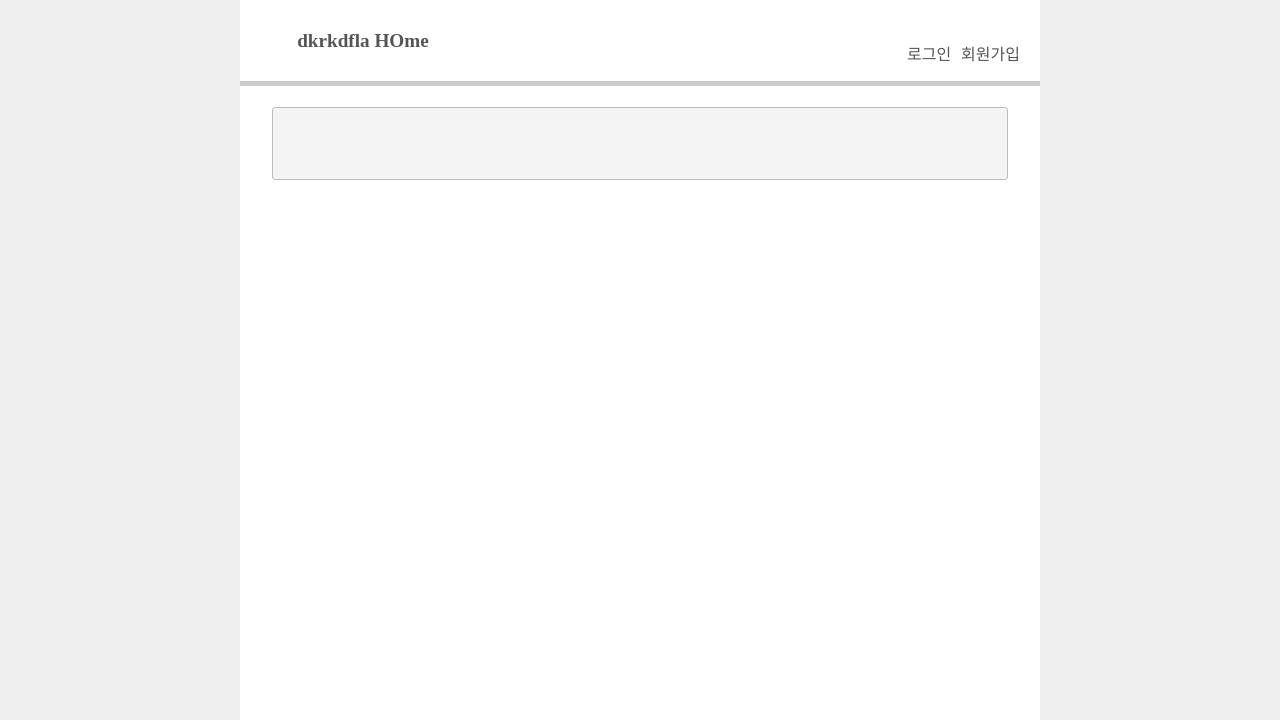
Repository: Dusajang/JSPClass
Page: http://localhost/jspPro/days01/ex03_02.jsp
An editor plug-in stored every save of this project. The page is shown before and after the next save, followed by the edit.
The browser window is 1280 px wide. The pictures show the whole page.
Some web fonts or font styles are not loaded; a fallback is used. The page is served by Tomcat 9. Other server files are loaded and not shown.

Above is the page before, as saved 2024-10-15 05:55:05.

### jspPro/src/main/webapp/days01/ex03_02.jsp
<%@ page contentType="text/html; charset=UTF-8" pageEncoding="UTF-8"%>
<!DOCTYPE html>
<html>
<head>
<meta charset="UTF-8">
<title>Insert title here</title>
<link rel="shortcut icon" type="image/x-icon" href="http://localhost/jspPro/images/SiSt.ico">
<script src="https://ajax.googleapis.com/ajax/libs/jquery/3.7.1/jquery.min.js"></script>
<meta name="viewport" content="width=device-width, initial-scale=1.0">
<meta name="google" content="notranslate">
<link rel="stylesheet" href="http://localhost/jspPro/resources/cdn-main/example.css">
<script src="http://localhost/jspPro/resources/cdn-main/example.js"></script>
<style>
 span.material-symbols-outlined{
    vertical-align: text-bottom;
 }
</style>
</head>
<body>
<header>
  <h1 class="main"><a href="#" style="position: absolute;top:30px;">dkrkdfla HOme</a></h1>
  <ul>
    <li><a href="#">로그인</a></li>
    <li><a href="#">회원가입</a></li>
  </ul>
</header>
<div>
  <xmp class="code">

  </xmp>
</div>
</body>
</html>

### jspPro/src/main/webapp/resources/cdn-main/example.css
@charset "UTF-8";

@import url('https://fonts.googleapis.com/css2?family=Material+Symbols+Outlined:opsz,wght,FILL,GRAD@20..48,100..700,0..1,-50..200');

@font-face {
    font-family: 'GmarketSansMedium';
    src: url('https://cdn.jsdelivr.net/gh/projectnoonnu/noonfonts_2001@1.1/GmarketSansMedium.woff') format('woff');
    font-weight: normal;
    font-style: normal;
}

:root {
	--text-color: #555;
	--sub-text-color: #777;
	--back-color: #EFEFEF;
	--header-color: #444;
	--primary-color: #DEDEDE;
	--secondary-color: #EFEFEF;
	--default-width: 800px;
	--narrow-width: 500px;
	--wide-width: 1200px;
	--text-font: 'GmarketSansMedium';
	--icon-font: 'Material Symbols Outlined';
	--border-color: #CCC;
}

html, body {
	margin: 0;
	padding: 0;
}

html {
	background-color: var(--back-color);
	display: flex;
	justify-content: center;
	min-height: 100vh;
}

body, body.default {
	width: var(--default-width);
	background-color: white;
	padding-bottom: 120px;
}

body.wide {
	width: var(--wide-width);
}

body.narrow {
	width: var(--narrow-width);
}



body, p, div, span, a, input, select, option, textarea, button, table, th, td, label, fieldset, legend {
	font-family: var(--text-font);
	color: var(--text-color);
}

h1, h2, h3 {
	font-family: var(--text-font);
	color: var(--header-color);
	padding: 0 1rem;
	padding-top: .5rem;
}

div > h1, div > h2, div > h3 {
	padding: 0;
}

body > div, body > main > div {
	padding: 0.3rem 1rem;
}


h1 { font-size: 2rem; border-bottom: 1px solid var(--border-color); }
h1 small { font-size: 1.2rem; color: var(--sub-text-color); }
h2 { font-size: 1.5rem; border-bottom: 1px dashed var(--border-color); }
h2 small { font-size: 1.1rem; color: --sub-text-color; }
h3 { font-size: 1.2rem; }
h3 small { font-size: 1rem; color: --sub-text-color; }



h1.main::before {
	font-family: var(--icon-font);
  	content: '\e666';
  	margin-right: 10px;
  	float: left;
	font-size: 2.5rem;
}

h1.sub::before {
	font-family: var(--icon-font);
  	content: '\ea19';
  	margin-right: 10px;
  	float: left;
	font-size: 2.5rem;
}


h1.page::before {
	font-family: var(--icon-font);
  	content: '\e0e0';
  	margin-right: 10px;
  	float: left;
	font-size: 2.5rem;
}

body > header > ul > li > .active{
	background-color: #FFF;
	color:#F00;
}

body > header {
	display: flex;
	justify-content: space-between;
	border-bottom: 5px solid var(--border-color);
	min-height: 74px;
	background-color: #FFF;
}

body > header.sticky {
	position: sticky;
	top: 0;
	z-index: 98;
}

body > header > h1 {
	font-size: 1.2rem;
	border: 0;
}

body > header.in > h1::before {
	font-family: var(--icon-font);
  	content: '\e332‥';
  	margin-right: 3px;
  	float: left;
	font-size: 2rem;
}


body > header > ul {
	list-style-type: none;
	display: flex;
	align-items: flex-end;
	margin-right: 10px;
}

body > header > ul > li {
	margin-right: 10px;
	cursor: pointer;
}

body > header > ul > li > a {
	cursor: pointer;
}


form {
	display: block;
}

form > div {
	padding: 0.3rem 1rem;
}

div > form > div {
	padding: 0.3rem 0;
}

input, textarea, button, select {
	border: 1px solid #BBB;
	border-radius: 3px;
	outline: none;
	resize: none;
	padding: 7px;
	margin: 0;
}

input[type=text]:read-only, textarea:read-only {
	cursor: not-allowed;
	background-color: #FFF;
}

input[type=text]:disabled, textarea:disabled {
	cursor: not-allowed;
	background-color: #EEE;
}

input[type=text], input[type=password], textarea, button, select {
	/* width: 300px; */
}

textarea {
	display: block;
	height: 100px;
}

input[type=button], input[type=submit], button {
	/* width: inherit; */
}

input.short, textarea.short, button.short, select.short {
	width: 100px;
}

input.long, textarea.long, button.long, select.long {
	width: 350px;
}

.narrow input.long, .narrow textarea.long, .narrow button.long, .narrow select.long {
	width: calc(100% - 20px);
}

input.full, textarea.full, button.full, select.full {
	width: calc(100% - 20px);
}

textarea.short {
	height: 50px;
}

textarea.long {
	height: 100px;
}

textarea.full {
	height: 200px;
}

input, textarea {
	padding-top: 8px;
}

input[type=button], input[type=submit], button {
	padding: 5px 10px;
	background-color: var(--secondary-color);
	cursor: pointer;
	min-height: 36px;
}

input[type=button].primary, input[type=submit].primary, button.primary {
	/* background-color: rgba(100, 149, 237, .2); */
	background-color: var(--primary-color);
}

input[type=button].primary:hover, input[type=submit].primary:hover, button.primary:hover {
	/* background-color: rgba(100, 149, 237, .3); */
	background-color: var(--secondary-color);
}

input[type=button]:hover, input[type=submit]:hover, button:hover {
	background-color: var(--primary-color);
}

button {
	position: relative;
	left: 0;
	top: 0;
	padding-left: 35px;
}

button .material-symbols-outlined {
	position: absolute;
	left: 10px;
	top: 4px;
}

/* k2nik add */
button.login::before {
	font-family: var(--icon-font);
  	content: '\ea77';
	position: absolute;
	left: 11px;
	top: 4px;
	font-size: 1.25rem;
}

/* k2nik logout */
button.logout::before {
	font-family: var(--icon-font);
  	content: '\e9ba';
	position: absolute;
	left: 11px;
	top: 4px;
	font-size: 1.25rem;
}

/* k2nik help */
button.help::before {
	font-family: var(--icon-font);
  	content: '\f1c0';
	position: absolute;
	left: 11px;
	top: 4px;
	font-size: 1.25rem;
}

button.add::before{
	font-family: var(--icon-font);
  	content: '\e746';
	position: absolute;
	left: 11px;
	top: 4px;
	font-size: 1.25rem;
}

button.back::before {
	font-family: var(--icon-font);
  	content: '\e166';
	position: absolute;
	left: 11px;
	top: 4px;
	font-size: 1.25rem;
}

button.list::before {
	font-family: var(--icon-font);
  	content: '\e0ee';
	position: absolute;
	left: 11px;
	top: 4px;
	font-size: 1.25rem;
}


button.del::before {
	font-family: var(--icon-font);
  	content: '\e872';
	position: absolute;
	left: 11px;
	top: 4px;
	font-size: 1.25rem;
}


button.edit::before {
	font-family: var(--icon-font);
  	content: '\e745';
	position: absolute;
	left: 11px;
	top: 4px;
	font-size: 1.25rem;
}


button.login::before {
	font-family: var(--icon-font);
  	content: '\ea77';
	position: absolute;
	left: 11px;
	top: 4px;
	font-size: 1.25rem;
}


button.logout::before {
	font-family: var(--icon-font);
  	content: '\e9ba';
	position: absolute;
	left: 11px;
	top: 4px;
	font-size: 1.25rem;
}


button.in::before {
	font-family: var(--icon-font);
  	content: '\f71a';
	position: absolute;
	left: 11px;
	top: 4px;
	font-size: 1.25rem;
}


button.out::before {
	font-family: var(--icon-font);
  	content: '\f70e';
	position: absolute;
	left: 11px;
	top: 4px;
	font-size: 1.25rem;
}


button.reply::before {
	font-family: var(--icon-font);
  	content: '\e15e';
	position: absolute;
	left: 11px;
	top: 4px;
	font-size: 1.25rem;
}


button.comment::before {
	font-family: var(--icon-font);
  	content: '\e0b9';
	position: absolute;
	left: 11px;
	top: 4px;
	font-size: 1.25rem;
}


button.modal::before {
	font-family: var(--icon-font);
  	content: '\e89e';
	position: absolute;
	left: 11px;
	top: 4px;
	font-size: 1.25rem;
}


button.ok::before {
	font-family: var(--icon-font);
  	content: '\e86c';
	position: absolute;
	left: 11px;
	top: 4px;
	font-size: 1.25rem;
}


button.cancel::before {
	font-family: var(--icon-font);
  	content: '\e5c9';
	position: absolute;
	left: 11px;
	top: 4px;
	font-size: 1.25rem;
}

button.search::before {
	font-family: var(--icon-font);
  	content: '\e8b6';
	position: absolute;
	left: 11px;
	top: 4px;
	font-size: 1.25rem;
}

button.home::before {
	font-family: var(--icon-font);
  	content: '\e88a';
	position: absolute;
	left: 11px;
	top: 4px;
	font-size: 1.25rem;
}


button.sidebar::before {
	font-family: var(--icon-font);
  	content: '\f7e4';
	position: absolute;
	left: 11px;
	top: 4px;
	font-size: 1.25rem;
}


button.sidebar-right::before {
	font-family: var(--icon-font);
  	content: '\f7e5';
	position: absolute;
	left: 11px;
	top: 4px;
	font-size: 1.25rem;
}




button::before {
	font-family: var(--icon-font);
  	content: '\e323';
	position: absolute;
	left: 11px;
	top: 4px;
	font-size: 1.25rem;
}


table {
	border-collapse: collapse;
	margin: 1rem;
	box-sizing: border-box;
	width: calc(100% - 32px);
}

table.content {
	width: auto;
}

div > table {
	margin: 0;
}

table th, table td {
	border: 1px solid var(--border-color);
	padding: 7px;
	font-weight: normal;
}

table th {
	background-color: var(--back-color);
}

table.vertical th {
	width: 150px;
}

table.vertical td {
	width: calc(100% - 182px);
	padding-left: 10px;
}

table.content td, table.content th {
	width: auto;
}

body.narrow table.vertical th {
	width: 100px;
}

body.narrow table.vertical td {
	width: calc(100% - 182px);
}


table + table {
	margin-top: 30px;
}


p {
	padding: 0 1rem;
}

a {
	text-decoration: none;
}

a:hover {
	color: rgba(255, 99, 71, .7);
}

hr {
	border: 0;
	border-top: 1px solid var(--border-color);
	margin: 2rem 0;
}

.message {
	border: 1px solid var(--border-color);
	background-color: #EFEFEF;
	margin: 1rem;
	width: auto;
	padding-top: 10px;
	padding-bottom: 10px;
	font-size: 14px;
}

.message[title]::before {
	content: attr(title);
	display: block;
	border-bottom: 1px solid var(--border-color);
	padding-bottom: 5px;
	margin-bottom: 10px;
	margin-top: 7px;
}

.message.short {
	max-width: 250px;
}

.message.long {
	max-width: 500px;
}

.badge {
	float: right;
	font-size: .8rem;
	margin-top: 2px;
	margin-right: 2px;
	text-shadow: 0 0 7px gray;
}

.badge.left {
	float: none;
	margin-left: 2px;
}

.badge.right {
	float: right;
}

.badge.red {
	border-radius: 50%;
	padding: 2px 5px;
	background-color: rgb(255, 99, 71, .3);
}

.badge.yellow {

	border-radius: 50%;
	padding: 2px 5px;
	background-color: rgb(255, 215, 0, .5);
}

.badge.blue {
	border-radius: 50%;
	padding: 2px 5px;
	background-color: rgb(100, 149, 237, .3);
}

label + label {
	margin-left: 7px;
}

label input[type=checkbox], label input[type=radio] {
	transform: translate(0, 1px);
}

.group {
	display: flex;
}

.modal-content .group {
	margin-bottom: .5rem;
}

.group label {
	border: 1px solid #BBB;
	border-radius: 3px;
	outline: none;
	resize: none;
	padding: 7px 14px;
	margin: 0;
	border-top-right-radius: 0;
	border-bottom-right-radius: 0;
	background-color: #EFEFEF;
	white-space: nowrap;
	font-size: 14px;
}

.group input[type=text] {
	margin-left: -1px;
	border-top-left-radius: 0;
	border-bottom-left-radius: 0;
}

.group select {
	margin-left: -1px;
	border-top-left-radius: 0;
	border-bottom-left-radius: 0;
}

.group input.full[type=text] {
	margin-left: -1px;
	border-top-left-radius: 0;
	border-bottom-left-radius: 0;
	width: 100%;
}

.group input[type=button]:first-child, .group button:first-child {
	border-top-left-radius: 3px;
	border-bottom-left-radius: 3px;
	margin-left: 0px;
}

.group input[type=button], .group button {
	border-radius: 0;
	margin-left: -1px;
}

.group input[type=button]:last-child, .group button:last-child {
	margin-left: -1px;
	border-top-right-radius: 3px;
	border-bottom-right-radius: 3px;
}

.seperate {
	display: flex;
	justify-content: space-between;
}

div.list {
	width: max-content;
	margin: 1rem;
	border: 1px solid #BBB;
	border-radius: 3px;
	padding: 0;
}

div.list.full {
	width: auto;
	display: block;
	margin: 1rem;
	border: 1px solid #BBB;
	border-radius: 3px;
	padding: 0;
}

div.list > div {
	padding: .5rem 1rem;
	margin: 0;
	border-bottom: 1px solid #BBB;
}

div.list > div:last-child {
	border-bottom: 0;
}

pre.code , xmp.code{
	font-family: consols;
	background-color: rgba(150, 150, 150, .1);
	border: 1px solid #BBB;
	border-radius: 3px;
	padding: .5rem 1rem;
	padding-bottom: .6rem;
	margin: 1rem;
}




*[data-modal-window] {
	position: fixed;
	background-color: rgba(0, 0, 0, .3);
	left: 0;
	top: 0;
	display: none;
	justify-content: center;
	align-items: flex-start;
	width: 100%;
	min-height: 100vh;
	z-index: 100;
	opacity: 0;
	transition: 500ms all;
}

*[data-modal-window] .modal-container {
	border-radius: 5px;
	padding: 1rem;
	padding-bottom: .5rem;
	margin-top: -500px;
	opacity: 0;
	width: 500px;
	background-color: #FFF;
	margin-right: 2rem;
	transition: 500ms all;
}

*[data-modal-size=content] .modal-container {
	width: auto;
}

*[data-modal-size=narrow] .modal-container {
	width: 300px;
}

*[data-modal-size=wide] .modal-container {
	width: 760px;
}


*[data-modal-window] .modal-header {
	border-bottom: 1px solid var(--border-color);
	padding: 2px 5px;
}

*[data-modal-window] .modal-content {
	padding: 1rem 5px;
}

*[data-modal-window] .modal-content div:last-child {
	margin-top: 1rem;
	text-align: right;
}



*[data-sidebar-window] {
	position: fixed;
	background-color: #FFF;
	left: 0;
	top: 0;
	display: block;
	width: 300px;
	border-right: 1px solid var(--border-color);
	box-sizing: border-box;
	box-shadow: 0 0 3px var(--back-color);
	min-height: 100vh;
	z-index: 99;
	transform: translate(-300px, 0);
	transition-duration: 500ms;
	transition-property: transform;
}

*[data-sidebar-direction=right] {
	left: auto;
	right: 0;
	transform: translate(300px, 0);
	border-left: 1px solid var(--border-color);
}

*[data-sidebar-size=wide] {
	width: 500px;
	transform: translate(-500px, 0);
}

*[data-sidebar-window] .sidebar-title {
	border-bottom: 1px solid var(--border-color);
	margin-top: 20px;
	margin-bottom: 20px;
	padding-bottom: 5px;
	display: flex;
	justify-content: space-between;
}

*[data-sidebar-window] .sidebar-title span:last-child {
	cursor: pointer;
}


/* K2Nik pagination */
.center {
  text-align: center;
}

.pagination {
  display: inline-block;
}

.pagination a {
  color: black;
  float: left;
  padding: 3px 6px;
  text-decoration: none;
  transition: background-color .3s;
  border: 1px solid #ddd;
  margin: 0 3px;
}

.pagination a.active {
  background-color: #4CAF50;
  color: white;
  border: 1px solid #4CAF50;
}

.pagination a:hover:not(.active) {background-color: #ddd;}

### jspPro/src/main/webapp/resources/cdn-main/example.js

window.onload = () => {

    const list = document.querySelectorAll('input, textarea');

    list.forEach(item => {
        item.setAttribute('autocomplete', 'off');
    });


    const modal_btn_list = document.querySelectorAll('*[data-modal-button]');

    modal_btn_list.forEach(item => {
        item.onclick = function() {

            const name = this.dataset['modalButton'];
            const modal_window = document.querySelector('*[data-modal-window=' + name);

            const container = document.createElement('div');
            container.className = 'modal-container';



            const modal_header = document.createElement('div');
            modal_header.textContent = modal_window.dataset['modalTitle'];
            modal_header.className = 'modal-header';
            container.appendChild(modal_header);

            const modal_content = document.createElement('div');
            modal_content.className = 'modal-content';
            container.appendChild(modal_content);

            Array.from(modal_window.childNodes).forEach(item => {
                modal_content.appendChild(item);
            });

            modal_window.appendChild(container);

            modal_window.style.display = 'flex';

            setTimeout(() => {
                modal_window.style.opacity = 1;
                container.style.marginTop = '20px';
                container.style.opacity = 1;
            }, 50);


            const modal_ok = document.querySelector('*[data-modal-ok=' + name);
            modal_ok.addEventListener('click', function() {
                modal_window.style.opacity = 0;
                container.style.marginTop = '-500px';
                container.style.opacity = 0;

                setTimeout(() => {
                    modal_window.innerHTML = modal_content.innerHTML;
                    modal_window.style.display = 'none';
                }, 500);

            });

            const modal_cancel = document.querySelector('*[data-modal-cancel=' + name);
            modal_cancel.addEventListener('click', function() {

                modal_window.style.opacity = 0;
                container.style.marginTop = '-500px';
                container.style.opacity = 0;

                setTimeout(() => {
                    modal_window.innerHTML = modal_content.innerHTML;
                    modal_window.style.display = 'none';
                }, 500);
            });


        };
    });


    const sidebar_btn_list = document.querySelectorAll('*[data-sidebar-button]');

    sidebar_btn_list.forEach(item => {
        item.onclick = function() {



            const name = this.dataset['sidebarButton'];
            const sidebar_window = document.querySelector('*[data-sidebar-window=' + name);

            if (sidebar_window.style.transform == 'translate(0px, 0px)') return;



            sidebar_window.style.transform = 'translate(0, 0)';

            const sidebar_title = document.createElement('div');
            sidebar_title.className = 'sidebar-title';
            sidebar_title.innerHTML = '<span>' + sidebar_window.dataset['sidebarTitle'] + '</span><span class="material-symbols-outlined">close</span>';

            sidebar_title.children[1].onclick = function() {

                let sign = 1;
                let distance = 300;

                if (sidebar_window.dataset['sidebarDirection'] != 'right') {
                    sign = -1;
                } else {
                    sign = 1;
                }

                if (sidebar_window.dataset['sidebarSize'] != 'wide') {
                    distance = 300;
                } else {
                    distance = 500;
                }

                distance *= sign;

                sidebar_window.style.transform = 'translate(' + distance + 'px, 0)';

                setTimeout(function() {
                    sidebar_window.removeChild(sidebar_window.children[0]);
                }, 500);
            };


            sidebar_window.prepend(sidebar_title);

        }
    });

};

// window.onkeydown = function(event) {

//     if (event.keyCode == 27) {
//         if (document.querySelector('[data-modal-window').style.display == 'flex') {
//             document.querySelector('[data-modal-window').style.display = 'none';
//         }
//     }

// };

After the next save:
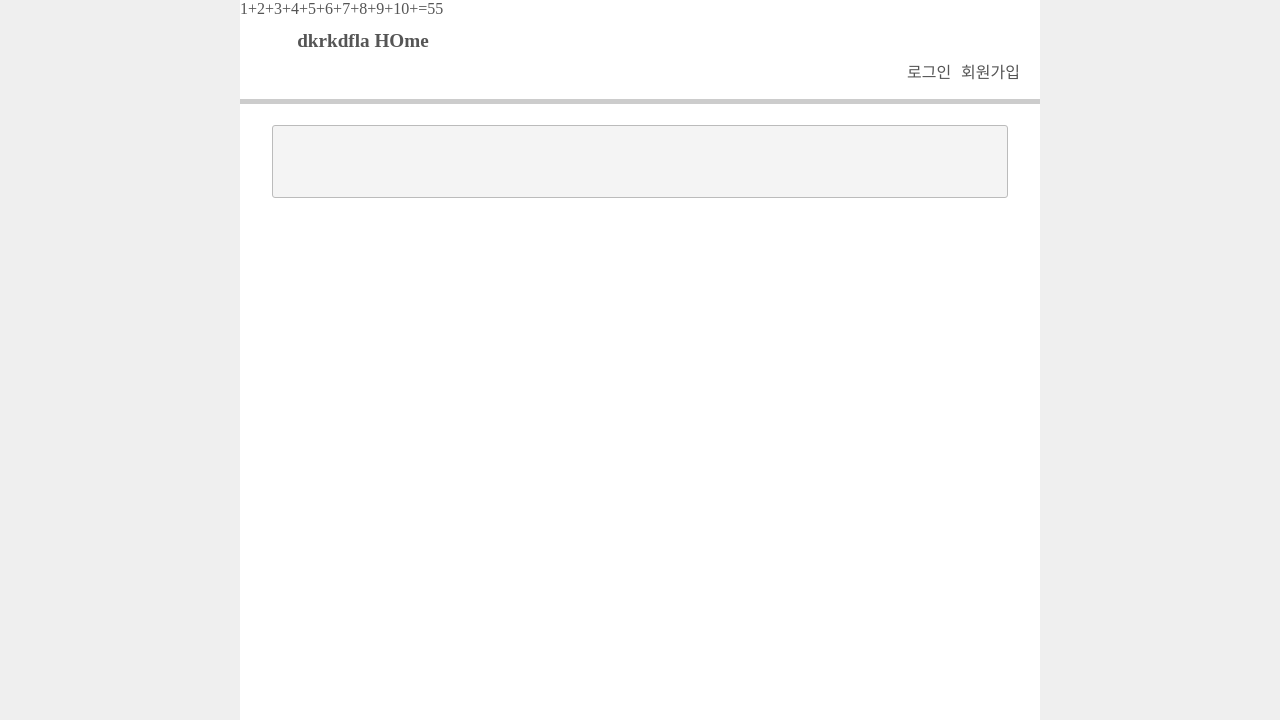
Saved 13 min 1 s later.
--- a/jspPro/src/main/webapp/days01/ex03_02.jsp
+++ b/jspPro/src/main/webapp/days01/ex03_02.jsp
@@ -1,4 +1,12 @@
 <%@ page contentType="text/html; charset=UTF-8" pageEncoding="UTF-8"%>
+<%
+int sum = 0;
+for(int i =1; i<=10; i++){
+ sum += i;
+ out.write(i+"+");
+}
+out.write("="+sum);
+%>
 <!DOCTYPE html>
 <html>
 <head>
@@ -28,6 +36,17 @@
   <xmp class="code">
 
   </xmp>
+
+  <p class="demo"></p>
+
+  <script>
+  /*
+  	const arr = [];
+  	for (var 1 = 0; 1 <= 10; i++) arr.push(i);
+  	let result = arr.reduce((total, value)=> total+value);
+  	$("#demo").html(`\${result}`);
+  */
+  </script>
 </div>
 </body>
 </html>
